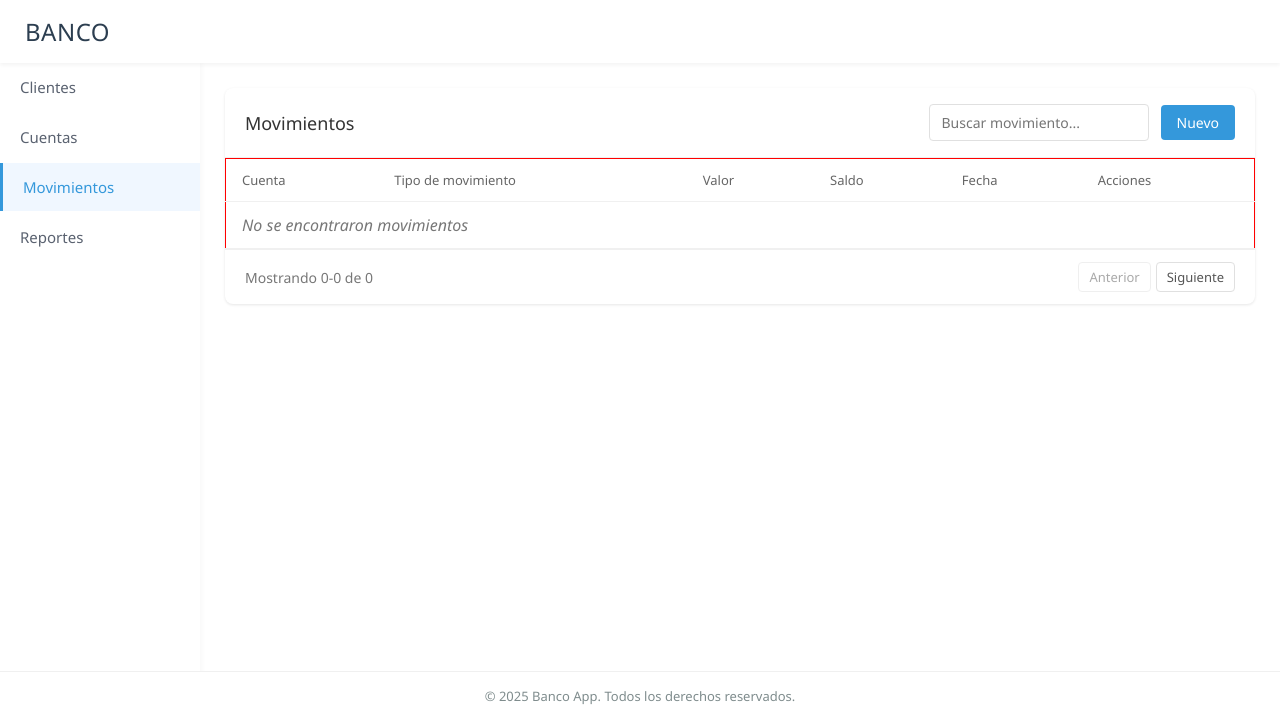
Repository: nder1996/Bank-Devsu
Page: /movimientos (app in Frontend/banco-devsu/)
The author's editor kept a copy of each file at every save. The page is drawn from the files as they stood at one save, then again after the next save.
The browser window is 1280 px wide. The pictures show the whole page.
The page's requests for data from a server got no answer. The project was rebuilt for these pictures with package versions that can differ from the ones it lists, and the page was loaded fresh each time. No one was signed in, and anything a server would have sent is missing. Also part of the build but not shown: Frontend/banco-devsu/angular.json, Frontend/banco-devsu/src/app/presentation/pages/clientes/clientes.component.ts, Frontend/banco-devsu/src/app/core/services/cliente.service.ts, Frontend/banco-devsu/src/app/presentation/pages/cuentas/cuentas.component.ts, Frontend/banco-devsu/src/app/core/services/cuenta.service.ts, Frontend/banco-devsu/src/app/presentation/pages/reportes/reportes.component.ts.

Above is the page before, as saved 2025-08-22 14:00:19.

### Frontend/banco-devsu/src/index.html
<!doctype html>
<html lang="en">
<head>
  <meta charset="utf-8">
  <title>BancoDevsu</title>
  <base href="/">
  <meta name="viewport" content="width=device-width, initial-scale=1">
  <link rel="icon" type="image/x-icon" href="favicon.ico">
</head>
<body>
  <app-root></app-root>
</body>
</html>

### Frontend/banco-devsu/src/styles.css
/* You can add global styles to this file, and also import other style files */
* {
  box-sizing: border-box;
  font-family: 'Segoe UI', Roboto, 'Helvetica Neue', Arial, sans-serif;
  margin: 0;
  padding: 0;
}

html, body {
  height: 100%;
  overflow: hidden; /* Evita el scroll en el body */
}

.app-container {
  display: flex;
  flex-direction: column;
  height: 100vh;
  overflow: hidden;
}

.main-content {
  display: flex;
  flex: 1;
  height: calc(100vh - 115px); /* Altura total - (header + footer) */
  overflow: hidden;
}

.content {
  flex: 1;
  overflow-y: auto; /* Solo scroll en el área de contenido */
  padding: 25px;
}


.data-table{
  border:1px solid red !important
}

.data-table

### Frontend/banco-devsu/src/app/app.module.ts
import { NgModule } from '@angular/core';
import { BrowserModule } from '@angular/platform-browser';

import { AppRoutingModule } from './app-routing.module';
import { AppComponent } from './app.component';
import { HeaderComponent } from './presentation/layout/header/header.component';
import { SidebarComponent } from './presentation/layout/sidebar/sidebar.component';
import { ClientesComponent } from './presentation/pages/clientes/clientes.component';
import { CuentasComponent } from './presentation/pages/cuentas/cuentas.component';
import { MovimientosComponent } from './presentation/pages/movimientos/movimientos.component';
import { ReportesComponent } from './presentation/pages/reportes/reportes.component';
import { FooterComponent } from './presentation/layout/footer/footer.component';
import { FormsModule } from '@angular/forms';
import { HttpClientModule } from '@angular/common/http';

@NgModule({
  declarations: [
    AppComponent,
    HeaderComponent,
    SidebarComponent,
    ClientesComponent,
    CuentasComponent,
    MovimientosComponent,
    ReportesComponent,
    FooterComponent
  ],
  imports: [
    BrowserModule,
    AppRoutingModule,
    FormsModule,
    HttpClientModule

  ],
  providers: [],
  bootstrap: [AppComponent]
})
export class AppModule { }

### Frontend/banco-devsu/src/app/app-routing.module.ts
import { NgModule } from '@angular/core';
import { RouterModule, Routes } from '@angular/router';
import { ClientesComponent } from './presentation/pages/clientes/clientes.component';
import { CuentasComponent } from './presentation/pages/cuentas/cuentas.component';
import { MovimientosComponent } from './presentation/pages/movimientos/movimientos.component';
import { ReportesComponent } from './presentation/pages/reportes/reportes.component';

const routes: Routes = [
  { path: '', redirectTo: '/clientes', pathMatch: 'full' },
  { path: 'clientes', component: ClientesComponent },
  //{ path: 'clientes/nuevo', component: ClienteFormComponent },
  //{ path: 'clientes/editar/:id', component: ClienteFormComponent },
  { path: 'cuentas', component: CuentasComponent },
  //{ path: 'cuentas/nuevo', component: CuentaFormComponent },
  //{ path: 'cuentas/editar/:id', component: CuentaFormComponent },
  { path: 'movimientos', component: MovimientosComponent },
  //{ path: 'movimientos/nuevo', component: MovimientoFormComponent },
  { path: 'reportes', component: ReportesComponent }
];

@NgModule({
  imports: [RouterModule.forRoot(routes)],
  exports: [RouterModule]
})
export class AppRoutingModule { }

### Frontend/banco-devsu/src/app/app.component.ts
import { Component } from '@angular/core';

@Component({
  selector: 'app-root',
  templateUrl: './app.component.html',
  styleUrls: ['./app.component.css']
})
export class AppComponent {
  title = 'banco-devsu';
}

### Frontend/banco-devsu/src/app/presentation/pages/movimientos/movimientos.component.ts
import { Component, OnInit } from '@angular/core';
import { MovimientoService } from 'src/app/core/services/movimiento.service';
import { Movimiento } from 'src/app/core/models/Movimiento';
import { TipoMovimiento } from '../../../core/enums/tipo-movimiento.enum';
import { MovimientoDTO } from 'src/app/core/dtos/movimiento.dto';

@Component({
  selector: 'app-movimientos',
  templateUrl: './movimientos.component.html',
  styleUrls: ['./movimientos.component.css']
})
export class MovimientosComponent implements OnInit {
  // Datos quemados
  items = [
    { fecha: '10/08/2025', cuenta: '478758', tipo: 'Crédito', valor: 2000, saldo: 4500 },
    { fecha: '08/08/2025', cuenta: '225487', tipo: 'Débito', valor: -575, saldo: 2500 },
    { fecha: '05/08/2025', cuenta: '495878', tipo: 'Crédito', valor: 600, saldo: 700 },
    { fecha: '01/08/2025', cuenta: '496825', tipo: 'Débito', valor: -150, saldo: 0 },
    { fecha: '30/07/2025', cuenta: '478758', tipo: 'Crédito', valor: 1500, saldo: 3000 },
    { fecha: '28/07/2025', cuenta: '225487', tipo: 'Débito', valor: -800, saldo: 3075 },
    { fecha: '26/07/2025', cuenta: '495878', tipo: 'Crédito', valor: 100, saldo: 100 },
    { fecha: '20/07/2025', cuenta: '496825', tipo: 'Débito', valor: -250, saldo: 150 },
    { fecha: '15/07/2025', cuenta: '478758', tipo: 'Crédito', valor: 1000, saldo: 1500 },
    { fecha: '10/07/2025', cuenta: '225487', tipo: 'Débito', valor: -125, saldo: 3875 },
    { fecha: '05/07/2025', cuenta: '495878', tipo: 'Crédito', valor: 900, saldo: 1000 },
    { fecha: '01/07/2025', cuenta: '496825', tipo: 'Débito', valor: -300, saldo: 400 }
  ];

  movimientos: MovimientoDTO[] = [];

  // Variables de búsqueda y filtrado
  searchTerm: string = '';
  filteredItems: any[] = [];

  // Variables de paginación
  paginatedItems: any[] = [];
  currentPage = 1;
  pageSize = 5;
  totalPages = 0;
  pages: number[] = [];
  startIndex = 0;
  endIndex = 0;

  constructor(private movimientoService: MovimientoService) { }

  ngOnInit() {
    this.cargarMovimientos();
  }

  cargarMovimientos(): void {
    this.movimientoService.getMovimientos().subscribe(
      (response: any) => {
        if (response.success) {
          this.movimientos = response.data; // Asigna directamente los datos sin mapear
          console.log("json movimientos :", JSON.stringify(this.movimientos));
          this.filteredItems = [...this.movimientos];
          this.updatePagination();
          this.updatePage();
        } else {
          console.error('Errores en la respuesta:', response.errors);
        }
      },
      (error) => {
        console.error('Error al cargar movimientos:', error);
      }
    );
  }

  // Filtrar elementos según término de búsqueda
  filterItems() {
    if (!this.searchTerm.trim()) {
      this.filteredItems = [...this.items];
    } else {
      const term = this.searchTerm.toLowerCase();
      this.filteredItems = this.items.filter(item =>
        item.cuenta.toLowerCase().includes(term) ||
        item.tipo.toLowerCase().includes(term) ||
        item.fecha.includes(term) ||
        item.valor.toString().includes(term) ||
        item.saldo.toString().includes(term)
      );
    }

    this.currentPage = 1; // Volver a primera página
    this.updatePagination();
    this.updatePage();
  }

  // Actualizar información de paginación
  updatePagination() {
    this.totalPages = Math.ceil(this.filteredItems.length / this.pageSize);
    this.generatePages();
  }

  // Generar array de números de página
  generatePages() {
    this.pages = [];
    for (let i = 1; i <= this.totalPages; i++) {
      this.pages.push(i);
    }
  }

  // Cambiar a la página seleccionada
  changePage(page: number) {
    if (page >= 1 && page <= this.totalPages) {
      this.currentPage = page;
      this.updatePage();
    }
  }

  // Actualizar elementos mostrados
  updatePage() {
    this.startIndex = (this.currentPage - 1) * this.pageSize;
    this.endIndex = Math.min(this.startIndex + this.pageSize, this.filteredItems.length);
    this.paginatedItems = this.filteredItems.slice(this.startIndex, this.endIndex);
  }
}

### Frontend/banco-devsu/src/app/app.component.html
<div class="app-container">
  <app-header></app-header>
  <div class="main-content">
    <app-sidebar></app-sidebar>
    <main class="content">
      <router-outlet></router-outlet>
    </main>
  </div>
  <app-footer></app-footer>
</div>

### Frontend/banco-devsu/src/app/presentation/layout/header/header.component.html
<header class="header">
  <h1 class="header-title">BANCO</h1>
</header>

### Frontend/banco-devsu/src/app/presentation/layout/header/header.component.css
.header {
  background-color: white;
  box-shadow: 0 2px 4px rgba(0, 0, 0, 0.05);
  padding: 15px 25px;
  position: sticky;
  top: 0;
  z-index: 100;
}

.header-title {
  color: #2c3e50;
  font-size: 24px;
  font-weight: 500;
  letter-spacing: 0.5px;
  margin: 0;
}

### Frontend/banco-devsu/src/app/presentation/layout/sidebar/sidebar.component.html
<nav class="sidebar">
  <ul class="sidebar-menu">
    <li class="sidebar-item" [routerLinkActive]="'active'">
      <a [routerLink]="['/clientes']">Clientes</a>
    </li>
    <li class="sidebar-item" [routerLinkActive]="'active'">
      <a [routerLink]="['/cuentas']">Cuentas</a>
    </li>
    <li class="sidebar-item" [routerLinkActive]="'active'">
      <a [routerLink]="['/movimientos']">Movimientos</a>
    </li>
    <li class="sidebar-item" [routerLinkActive]="'active'">
      <a [routerLink]="['/reportes']">Reportes</a>
    </li>
  </ul>
</nav>

### Frontend/banco-devsu/src/app/presentation/layout/sidebar/sidebar.component.css
.sidebar {
  background-color: white;
  box-shadow: 2px 0 5px rgba(0, 0, 0, 0.03);
  height: calc(100vh - 60px);
  width: 200px;
}

.sidebar-menu {
  list-style: none;
  margin: 0;
  padding: 0;
}

.sidebar-item {
  margin-bottom: 2px;
}

.sidebar-item a {
  color: #5a6270;
  display: block;
  font-size: 15px;
  padding: 14px 20px;
  text-decoration: none;
  transition: all 0.2s ease;
}

.sidebar-item a:hover {
  background-color: #f8f9fa;
  color: #3498db;
  padding-left: 24px;
}

.sidebar-item.active a {
  background-color: #f0f7ff;
  border-left: 3px solid #3498db;
  color: #3498db;
  font-weight: 500;
}

### Frontend/banco-devsu/src/app/presentation/pages/movimientos/movimientos.component.html
<div class="table-section">
  <!-- Cabecera con filtro -->
  <div class="table-header">
    <h2>Movimientos</h2>
    <div class="table-actions">
      <input
        type="text"
        class="search-input"
        placeholder="Buscar movimiento..."
        [(ngModel)]="searchTerm"
        (input)="filterItems()">
      <button class="btn-add">Nuevo</button>
    </div>
  </div>

  <!-- Tabla -->
  <table class="data-table">
    <thead>
      <tr>
        <th>Cuenta</th>
         <th>Tipo de movimiento</th>
        <th>Valor</th>
        <th>Saldo</th>
        <th>Fecha</th>
        <th>Acciones</th>
      </tr>
    </thead>
    <tbody>
      <tr *ngFor="let item of paginatedItems">
        <td>{{item.cuentaId}}</td>
        <td [ngClass]="item.tipoMovimiento == 1 ? 'tipo-credito' : 'tipo-debito'">
          {{item.tipoMovimiento == 1 ? 'Crédito' : 'Débito'}}
        </td>
        <td [ngClass]="item.valor > 0 ? 'valor-positivo' : 'valor-negativo'">
          {{item.valor | currency}}
        </td>
        <td>{{item.saldo | currency}}</td>
        <td>{{item.fecha}}</td>
        <td class="actions">
          <button class="btn-edit">Editar</button>
          <button class="btn-delete">Eliminar</button>
        </td>
      </tr>
      <tr *ngIf="paginatedItems.length === 0">
        <td colspan="6" class="no-data">No se encontraron movimientos</td>
      </tr>
    </tbody>
  </table>

  <!-- Paginación simple -->
  <div class="pagination">
    <span class="page-info">
      Mostrando {{filteredItems.length ? startIndex + 1 : 0}}-{{endIndex}} de {{filteredItems.length}}
    </span>
    <div class="page-controls">
      <button class="page-btn" [disabled]="currentPage === 1" (click)="changePage(currentPage - 1)">
        Anterior
      </button>

      <button
        *ngFor="let page of pages"
        class="page-btn"
        [class.active]="page === currentPage"
        (click)="changePage(page)">
        {{page}}
      </button>

      <button class="page-btn" [disabled]="currentPage === totalPages" (click)="changePage(currentPage + 1)">
        Siguiente
      </button>
    </div>
  </div>
</div>

### Frontend/banco-devsu/src/app/presentation/pages/movimientos/movimientos.component.css
/* Contenedor principal */
.table-section {
  background-color: white;
  border-radius: 8px;
  box-shadow: 0 1px 3px rgba(0, 0, 0, 0.1);
  font-family: -apple-system, BlinkMacSystemFont, 'Segoe UI', Roboto, sans-serif;
}

/* Cabecera */
.table-header {
  display: flex;
  justify-content: space-between;
  align-items: center;
  padding: 16px 20px;
  border-bottom: 1px solid #f0f0f0;
}

.table-header h2 {
  color: #333;
  font-size: 18px;
  font-weight: 500;
  margin: 0;
}

.table-actions {
  display: flex;
  gap: 12px;
  align-items: center;
}

.search-input {
  border: 1px solid #e0e0e0;
  border-radius: 4px;
  color: #333;
  font-size: 14px;
  padding: 8px 12px;
  width: 220px;
  transition: border-color 0.2s;
}

.search-input:focus {
  border-color: #3498db;
  outline: none;
}

.btn-add {
  background-color: #3498db;
  border: none;
  border-radius: 4px;
  color: white;
  cursor: pointer;
  font-size: 14px;
  padding: 8px 16px;
}

.btn-add:hover {
  background-color: #2980b9;
}

/* Tabla */
.data-table {
  width: 100%;
  border-collapse: collapse;
}

.data-table th,
.data-table td {
  border-bottom: 1px solid #f0f0f0;
  padding: 12px 16px;
  text-align: left;
}

.data-table th {
  color: #666;
  font-size: 13px;
  font-weight: 500;
}

.tipo-credito { color: #27ae60; }
.tipo-debito { color: #e74c3c; }
.valor-positivo { color: #27ae60; font-weight: 500; }
.valor-negativo { color: #e74c3c; font-weight: 500; }

.no-data {
  color: #777;
  font-style: italic;
  padding: 20px;
  text-align: center;
}

.actions {
  display: flex;
  gap: 8px;
}

.btn-edit, .btn-delete {
  background-color: transparent;
  border: 1px solid #e0e0e0;
  border-radius: 4px;
  color: #555;
  cursor: pointer;
  font-size: 13px;
  padding: 5px 10px;
}

.btn-edit:hover { background-color: #f0f7ff; color: #3498db; }
.btn-delete:hover { background-color: #fff5f5; color: #e74c3c; }

/* Paginación */
.pagination {
  display: flex;
  justify-content: space-between;
  align-items: center;
  padding: 12px 20px;
  border-top: 1px solid #f0f0f0;
}

.page-info {
  color: #777;
  font-size: 14px;
}

.page-controls {
  display: flex;
  gap: 5px;
}

.page-btn {
  background-color: transparent;
  border: 1px solid #e0e0e0;
  border-radius: 4px;
  color: #555;
  cursor: pointer;
  font-size: 13px;
  padding: 5px 10px;
}

.page-btn:hover:not(:disabled) {
  background-color: #f8f8f8;
}

.page-btn.active {
  background-color: #3498db;
  border-color: #3498db;
  color: white;
}

.page-btn:disabled {
  opacity: 0.5;
  cursor: not-allowed;
}

### Frontend/banco-devsu/src/app/core/services/movimiento.service.ts
import { Injectable } from '@angular/core';
import { HttpClient } from '@angular/common/http';
import { Observable } from 'rxjs';
import { environment } from 'src/environments/environment';
import { Movimiento } from '../models/Movimiento';
import { MovimientoDTO } from '../dtos/movimiento.dto';
import { IMovimientoService } from './interfaces/movimiento-service.interface';

@Injectable({
  providedIn: 'root',
})
export class MovimientoService implements IMovimientoService {
  private apiUrl = `${environment.apiUrl}/Movimientos`;

  constructor(private http: HttpClient) {}

  // Obtener todos los movimientos
  getMovimientos(): Observable<MovimientoDTO[]> {
    return this.http.get<MovimientoDTO[]>(this.apiUrl);
  }

  // Obtener un movimiento por ID
  getMovimientoById(id: number): Observable<Movimiento> {
    return this.http.get<Movimiento>(`${this.apiUrl}/${id}`);
  }

  // Crear un nuevo movimiento
  createMovimiento(movimientoDto: MovimientoDTO): Observable<Movimiento> {
    return this.http.post<Movimiento>(this.apiUrl, movimientoDto);
  }

  // Actualizar un movimiento existente
  updateMovimiento(id: number, movimientoDto: MovimientoDTO): Observable<Movimiento> {
    return this.http.put<Movimiento>(`${this.apiUrl}/${id}`, movimientoDto);
  }

  // Eliminar un movimiento
  deleteMovimiento(id: number): Observable<void> {
    return this.http.delete<void>(`${this.apiUrl}/${id}`);
  }
}

### Frontend/banco-devsu/src/app/presentation/layout/footer/footer.component.html
<footer class="footer">
  <div class="footer-content">
    <p>&copy; 2025 Banco App. Todos los derechos reservados.</p>
  </div>
</footer>

### Frontend/banco-devsu/src/app/presentation/layout/footer/footer.component.css
.footer {
  background-color: white;
  border-top: 1px solid #f0f0f0;
  color: #7f8c8d;
  font-size: 13px;
  padding: 15px 25px;
  text-align: center;
}

.footer-content p {
  margin: 0;
}

### Frontend/banco-devsu/src/environments/environment.ts
export const environment = {
  production: false,
  apiUrl: 'https://localhost:7221/api',
};

Loaded but not shown: Frontend/banco-devsu/src/main.ts (common file); Frontend/banco-devsu/src/app/presentation/layout/header/header.component.ts (common file); Frontend/banco-devsu/src/app/presentation/layout/sidebar/sidebar.component.ts (common file); Frontend/banco-devsu/src/app/presentation/layout/footer/footer.component.ts (common file); Frontend/banco-devsu/src/app/app.component.css (no stored copy; drawn as an empty file)

After the next save:
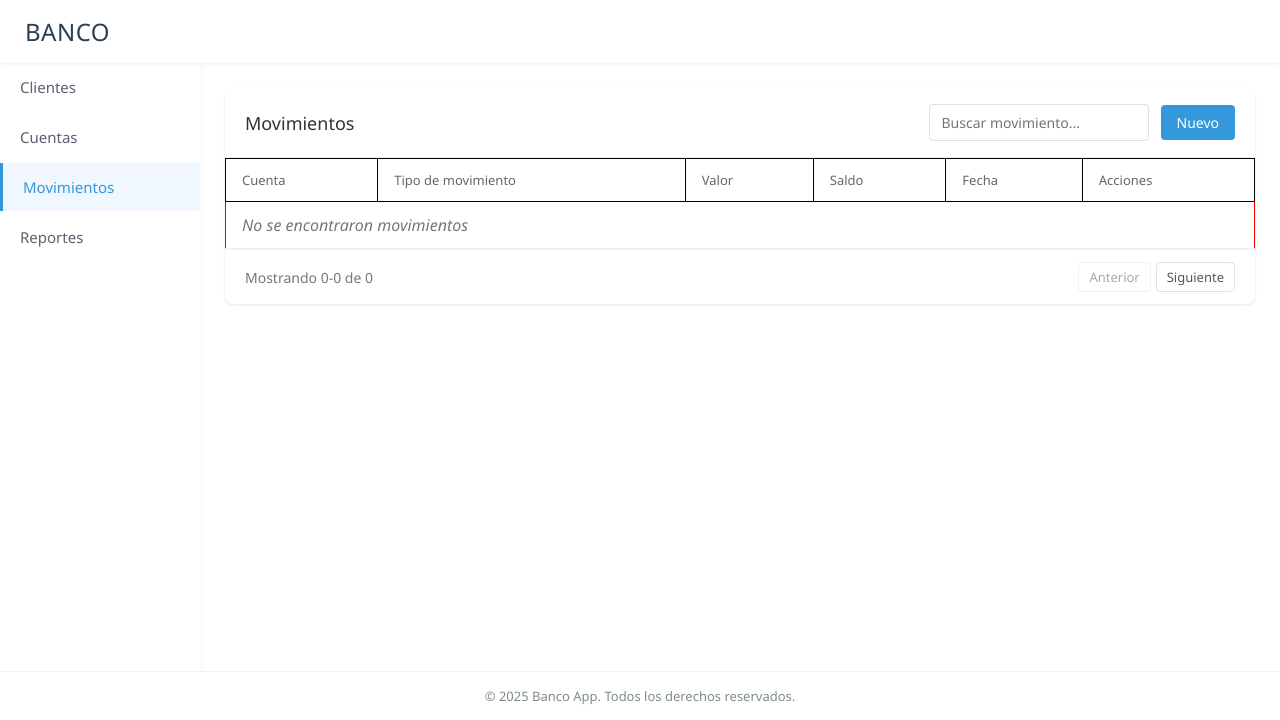
Saved 10 s later.
--- a/Frontend/banco-devsu/src/styles.css
+++ b/Frontend/banco-devsu/src/styles.css
@@ -36,4 +36,6 @@ html, body {
   border:1px solid red !important
 }
 
-.data-table
+.data-table th{
+  border: 1px solid black !important;
+}
